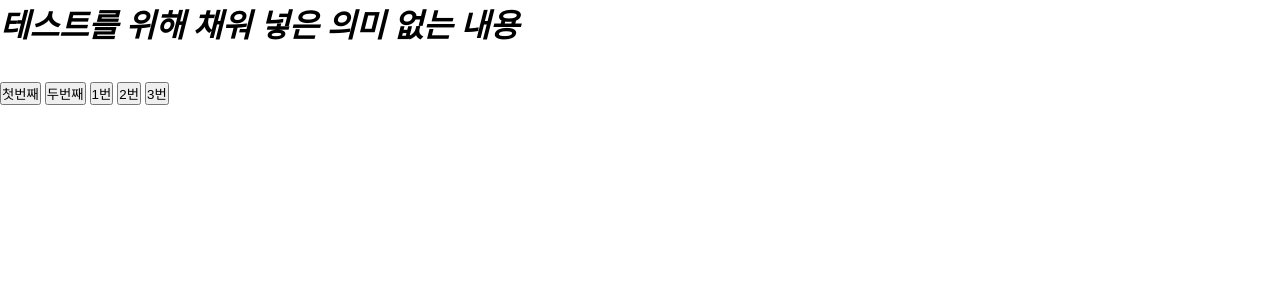
Repository: Axing00/SCSS
Page: test/index.html
These files come from the project's save history. The page is drawn as it stood at one moment and after a run of saves; the edit follows.
The browser window is 1280 px wide. The pictures show the whole page.
The style sheet was rebuilt from its Sass, Less or Tailwind sources for each picture, by a compiler version that may differ from the author's.

Above is the page before, as saved 2023-03-20 13:25:33.

### test/index.html
<!DOCTYPE html>
<html lang="ko">

<head>
	<meta charset="UTF-8">
	<meta http-equiv="X-UA-Compatible" content="IE=edge">
	<meta name="viewport" content="width=device-width, initial-scale=1.0">
	<link rel="stylesheet" href="css/main.css">
	<title>scss test</title>
</head>

<body>
	<p>테스트를 위해 채워 넣은 의미 없는 내용</p>
	<br>
	<br>
	<button class="first-btn">첫번째</button>
	<button class="second-btn">두번째</button>



	<button>1번</button>
	<button>2번</button>
	<button>3번</button>





</body>

</html>

### test/style/main.scss

*{
	margin: 0;
	padding:0;
}

p{
	font: {
		style: italic;
		weight: 900;
		size: 32px;
	};
}

/*
	&는 상위선택자
	상위선택자 참조는 의사(가상)클래스를 선택하고자 할때 특히 유용한 방법이다.
*/

.first-btn{
	&:hover{
		background: {
			color: red;
		};
	}
}

.second-btn{
	&:hover{
		background: {
			color: blue;
		};
	}
}

After the next 2 saves:
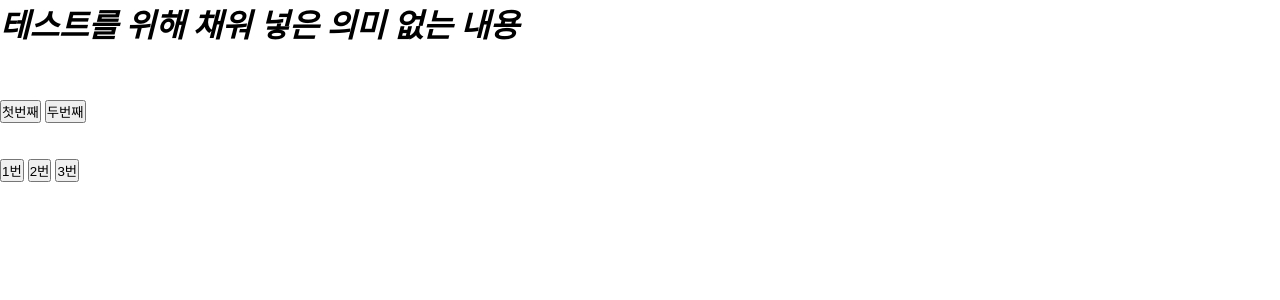
The 2 saves are shown as one change because they came seconds apart.
The last was saved 9 s later.
--- a/test/index.html
+++ b/test/index.html
@@ -13,11 +13,12 @@
 	<p>테스트를 위해 채워 넣은 의미 없는 내용</p>
 	<br>
 	<br>
+	<br>
 	<button class="first-btn">첫번째</button>
 	<button class="second-btn">두번째</button>
-
-
-
+	<br>
+	<br>
+	<br>
 	<button>1번</button>
 	<button>2번</button>
 	<button>3번</button>
